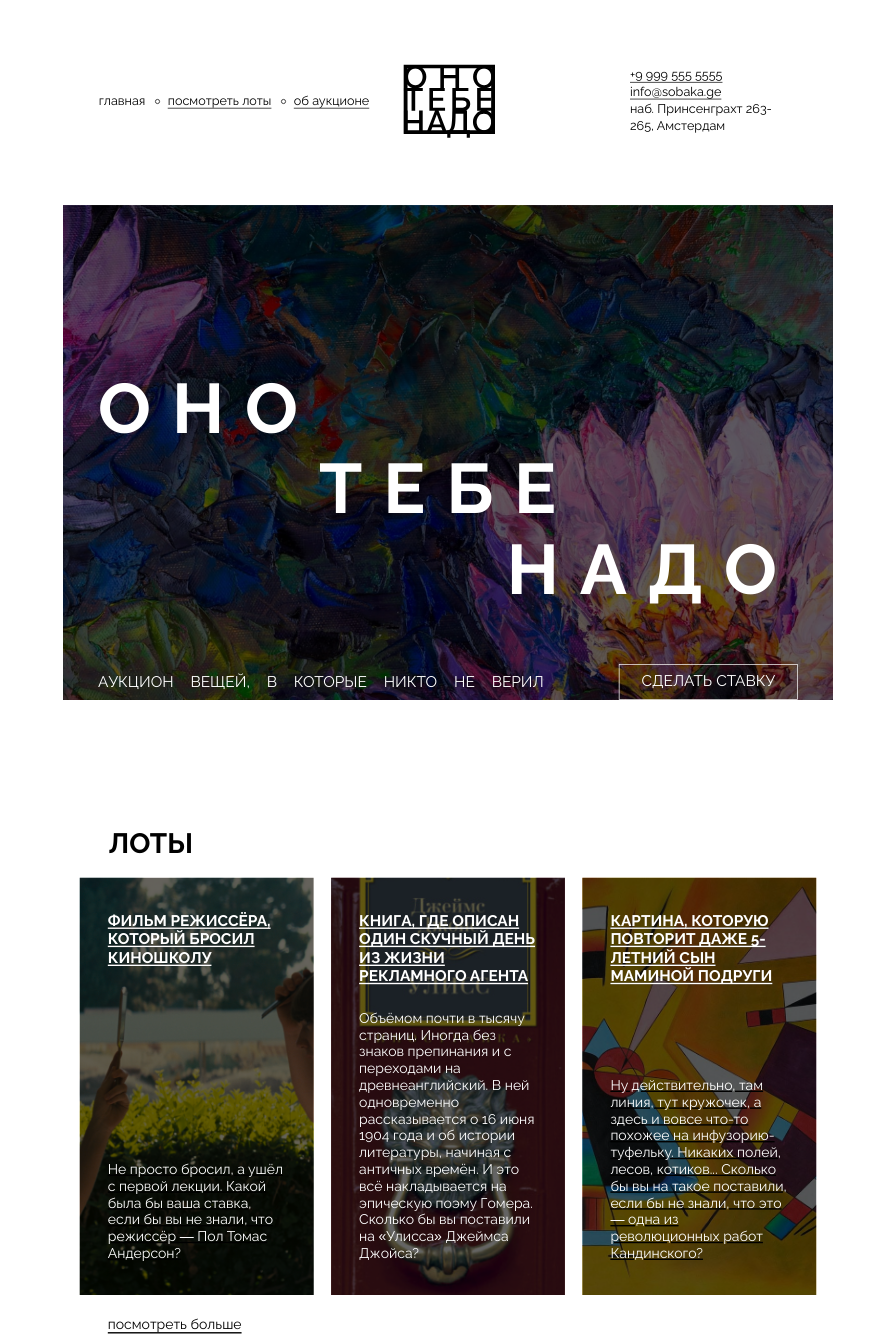
Repository: NikWolf75/ono-tebe-nado-fd
Page: index.html
An editor plug-in stored every save of this project. The page is shown before and after the next save, followed by the edit.
The browser window is 1280 px wide. The pictures show the part of the page from y = 0 to 1920 px (the page is 2977 px tall before and 2997 px after), at 70% of full size.

Above is the page before, as saved 2024-12-18 15:41:18.

After the next save:
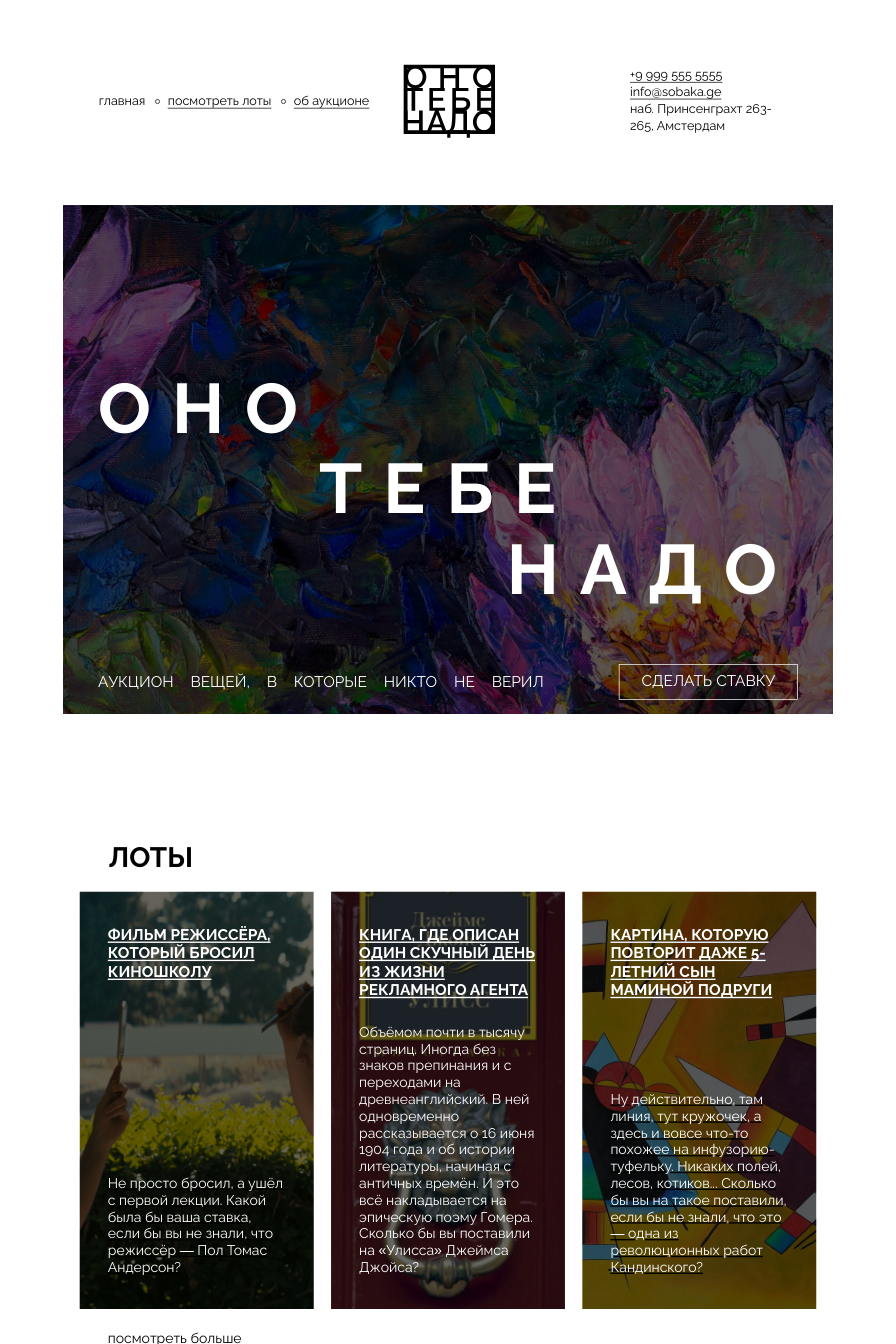
Saved 9 s later.
--- a/styles/style.css
+++ b/styles/style.css
@@ -48,7 +48,7 @@
   background-size: cover;
   background-repeat: no-repeat;
   background-position: center top;
-  padding: 232px 50px 0 50px;
+  padding: 232px 50px 20px 50px;
   display: flex;
   flex-direction: column;
   gap: 79px;
